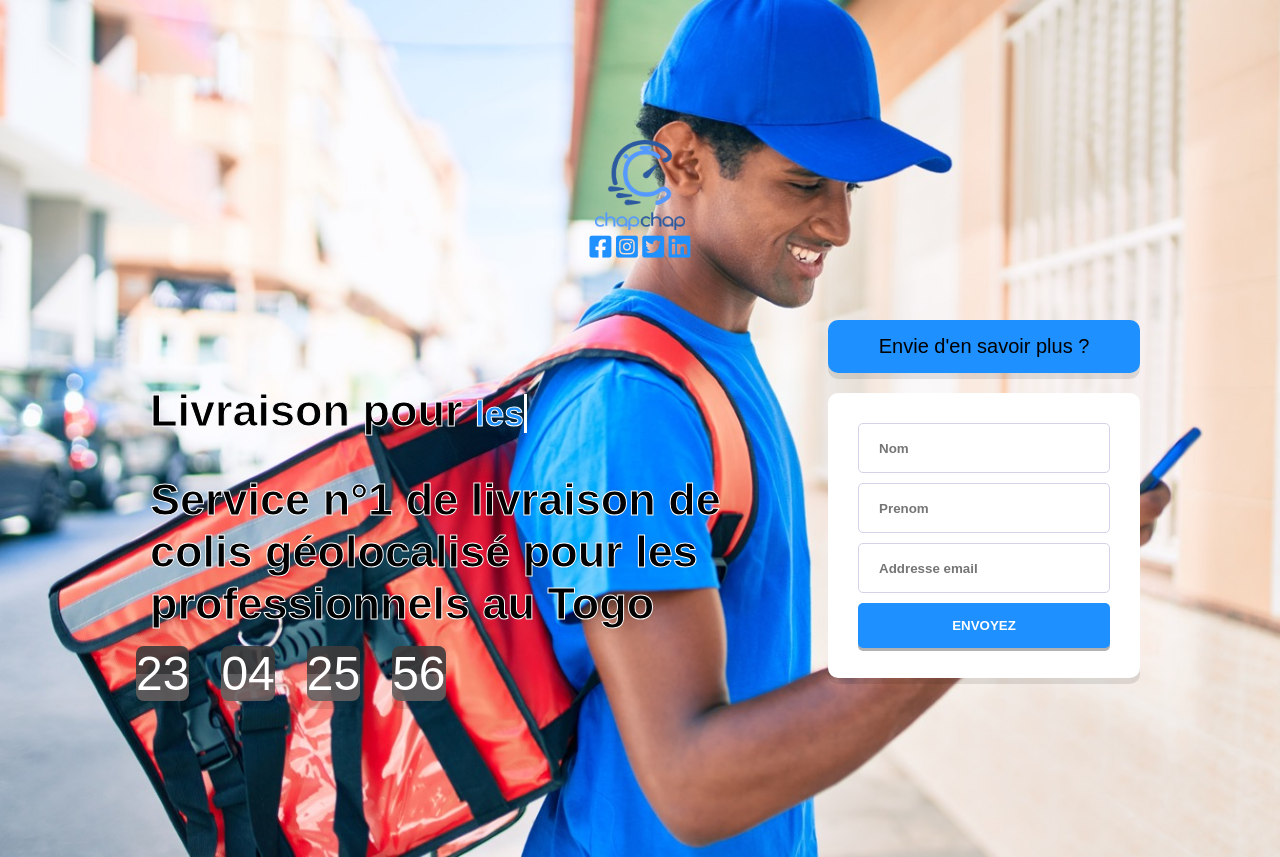
Repository: lawalalao/landpage
Page: index.html
These files come from the project's save history. The page is drawn as it stood at one moment and after the next save; the edit follows.
The browser window is 1280 px wide. The pictures show the whole page.
Some web fonts or font styles are not loaded; a fallback is used.

Above is the page before, as saved 2021-01-15 15:29:28.
Console error: TypeError: Cannot read properties of null (reading 'addEventListener')

After the next save:
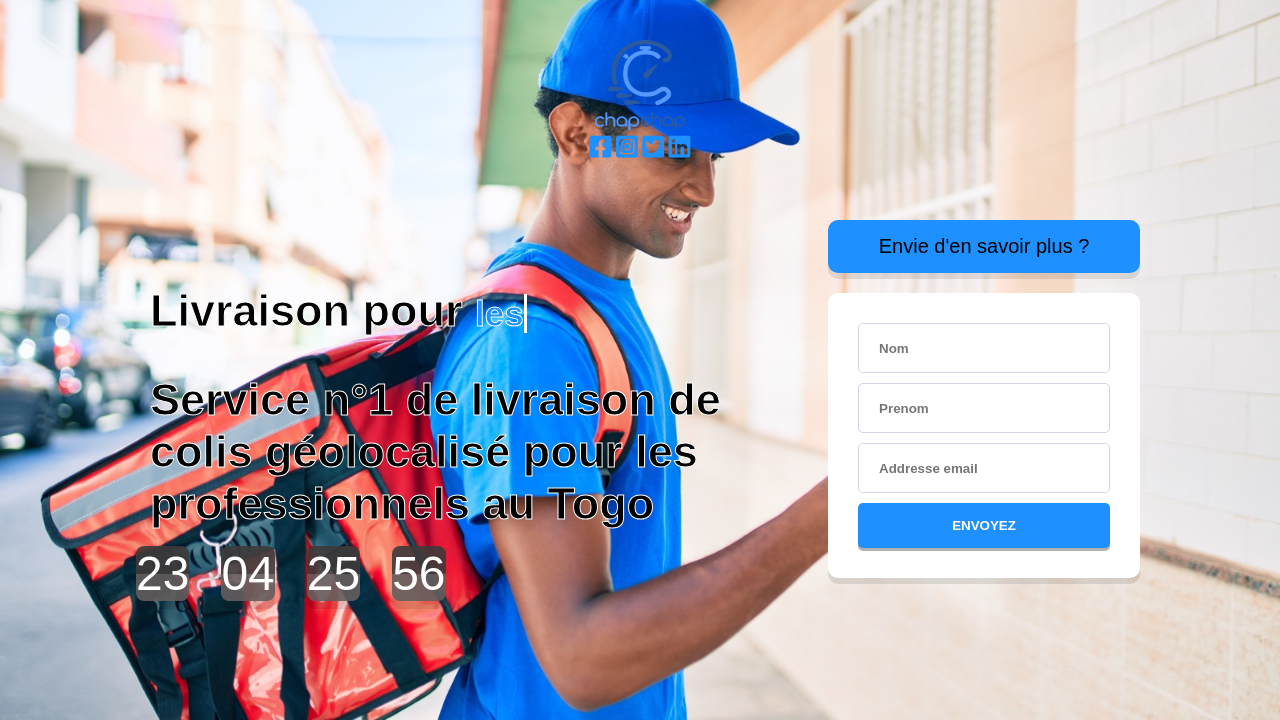
Saved 25 s later.
--- a/style.css
+++ b/style.css
@@ -238,7 +238,6 @@ input:hover {
     }
 
     body {
-        margin:100px auto;
         max-width: 1000px;
         padding: 40px 20px;
         background: url("./assets/image.jpeg") ;
